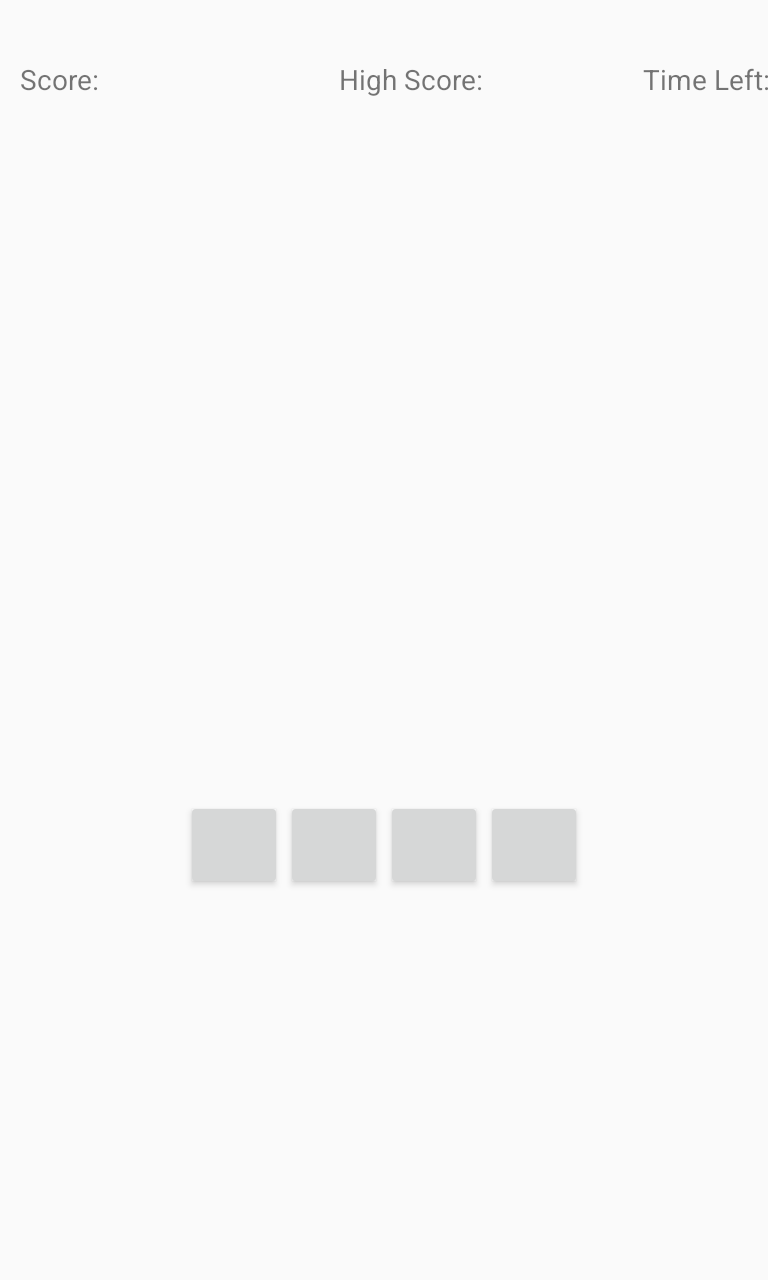
Repository: JoanneCaroll/Mathbomb
Layout: MathBomb/res/layout/activity_startgame.xml
The author's editor kept a copy of each file at every save. The layout is drawn from the files as they stood at one save, then again after the next save.
It is drawn on a 768 x 1280 px phone screen (xhdpi) without system bars, with theme AppTheme; the app's code is not run.

Above is the layout before, as saved 2014-11-12 10:40:57.

After the next save:
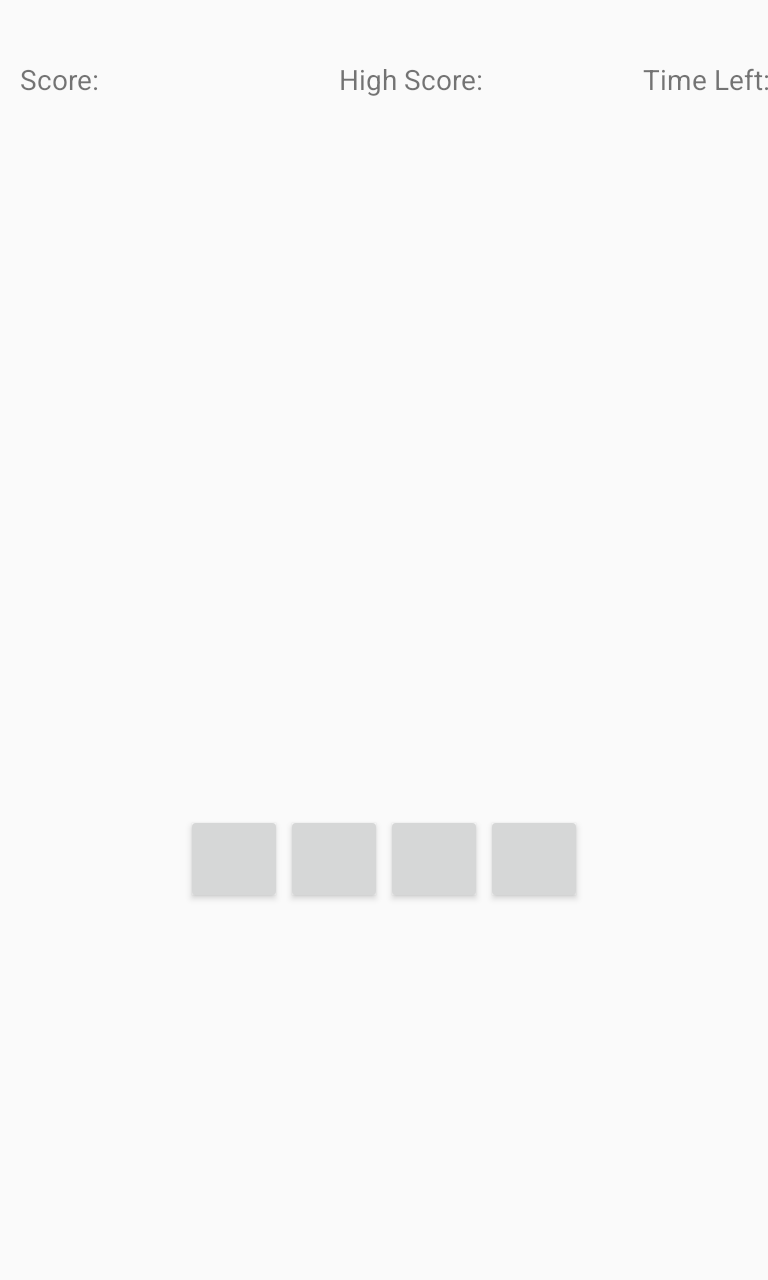
Saved 70 s later.
--- a/MathBomb/res/layout/activity_startgame.xml
+++ b/MathBomb/res/layout/activity_startgame.xml
@@ -77,6 +77,8 @@
 		    android:id="@+id/showresult"
 		    android:layout_width="wrap_content"
 		    android:layout_height="wrap_content"
+		    android:textSize="25dp"
+		    android:textStyle="bold"
 		    android:padding="5dp" />
 
 	<RelativeLayout

After the save that followed:
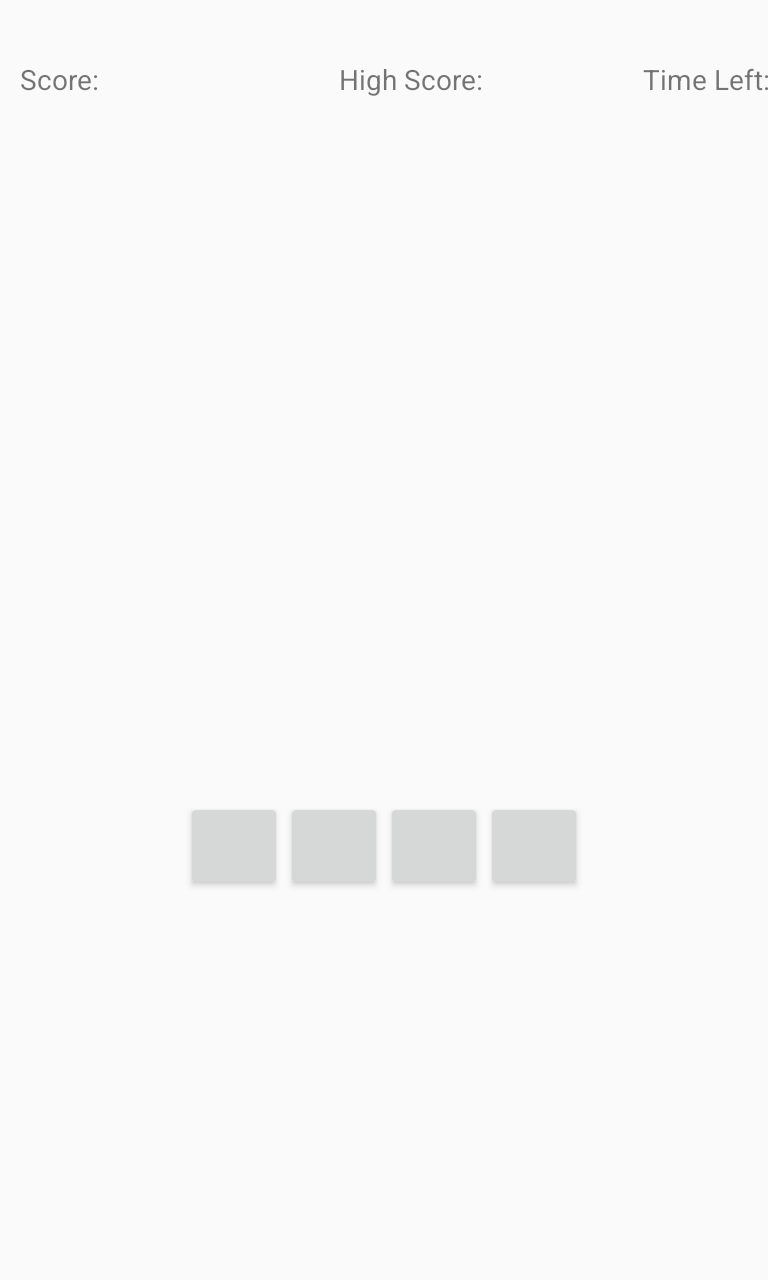
Saved 21 s later.
--- a/MathBomb/res/layout/activity_startgame.xml
+++ b/MathBomb/res/layout/activity_startgame.xml
@@ -77,7 +77,7 @@
 		    android:id="@+id/showresult"
 		    android:layout_width="wrap_content"
 		    android:layout_height="wrap_content"
-		    android:textSize="25dp"
+		    android:textSize="15dp"
 		    android:textStyle="bold"
 		    android:padding="5dp" />
 
